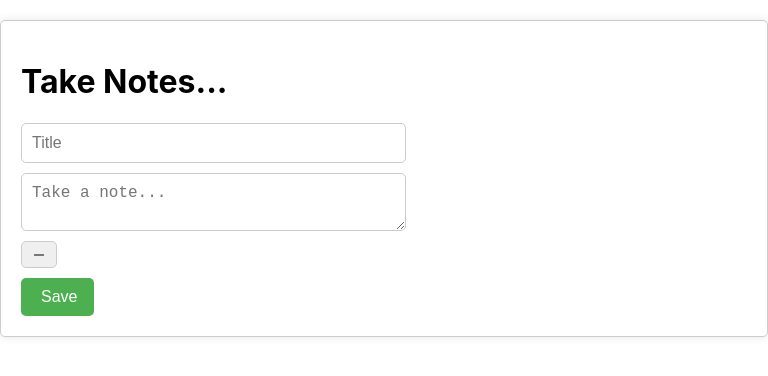
Repository: drumsmanku/google-keep-clone-1
Page: /
The author's editor kept a copy of each file at every save. The page is drawn from the files as they stood at one save, then again after the next save.
The browser window is 768 px wide. The pictures show the whole page.
The project was rebuilt for these pictures with package versions that can differ from the ones it lists, and the page was loaded fresh each time. Also part of the build but not shown: src/Components/Note.css, src/Components/Note.js.

Above is the page before, as saved 2023-12-23 10:57:19.

### src/App.js
import React, { useState, useEffect } from 'react';
import NoteList from './Components/NoteList';
import NoteForm from './Components/NoteForm';
import './App.css';

function App() {
  // Load notes from local storage or set to empty array
  const [notes, setNotes] = useState(
    JSON.parse(localStorage.getItem('notes')) || []
  );

  // This effect saves notes to local storage whenever notes state changes
  useEffect(() => {
    localStorage.setItem('notes', JSON.stringify(notes));
  }, [notes]);

  const createNote = (note) => {
    setNotes([note, ...notes]); // Prepend the new note to the beginning of the list
  };

  const editNote = (id, updatedNote) => {
    setNotes(notes.map(note => note.id === id ? updatedNote : note));
  };

  const deleteNote = (id) => {
    setNotes(notes.filter(note => note.id !== id)); // Remove note by id
  };

  return (
    <div className="app">
      <h1>Take Notes...</h1>
      <NoteForm onCreate={createNote} />
      <NoteList notes={notes} onDelete={deleteNote} onEdit={editNote} />
    </div>
  );
}

export default App;

### src/Components/NoteList.js
// NoteList does not need to change much, but it will pass the delete and edit functions down to Notes.
import React from 'react';
import Note from './Note';
import './NoteList.css';

function NoteList({ notes, onDelete, onEdit }) {
  return (
    <div className="note-list">
      {notes.map((note) => (
        <Note
          key={note.id}
          note={note}
          onDelete={onDelete}
          onEdit={onEdit}
        />
      ))}
    </div>
  );
}

export default NoteList;

### src/Components/NoteForm.js
// NoteForm will handle the creation of new notes.
import React, { useState } from 'react';
import './NoteForm.css'

function NoteForm({ onCreate }) {
  const [newNote, setNewNote] = useState({
    title: '',
    content: '',
    color: '#FFFFFF'
  });

  const handleSave = () => {
    if (newNote.title && newNote.content) {
      onCreate({ ...newNote, id: Date.now(), editTimestamp: Date.now() });
      setNewNote({ title: '', content: '', color: '#FFFFFF' }); // Reset the form
    }
  };

  const handleChange = (e) => {
    setNewNote({ ...newNote, [e.target.name]: e.target.value });
  };

  return (
    <div className="note-form">
      <input
        name="title"
        type="text"
        value={newNote.title}
        onChange={handleChange}
        placeholder="Title"
      />
      <textarea
        name="content"
        value={newNote.content}
        onChange={handleChange}
        placeholder="Take a note..."
      />
      <input
        name="color"
        type="color"
        value={newNote.color}
        onChange={handleChange}
      />
      <button onClick={handleSave}>Save</button>
    </div>
  );
}

export default NoteForm;

### src/App.css
.app {
  max-width: 800px;
  margin: 20px auto;
  padding: 20px;
  border: 1px solid #ccc;
  border-radius: 5px;
  background-color: #fff;
  box-shadow: 0 0 10px rgba(0, 0, 0, 0.1);
}

### src/Components/NoteList.css
.note-list {
  display: grid;
  grid-template-columns: repeat(auto-fill, minmax(250px, 1fr));
  gap: 20px;
}

### src/Components/NoteForm.css
.note-form {
  margin-top: 20px;
  display: flex;
  flex-direction: column;
}

.note-form input,
.note-form textarea {
  width: 50%;
  padding: 10px;
  margin-bottom: 10px;
  font-size: 16px;
  border: 1px solid #ccc;
  border-radius: 5px;
}

.note-form input[type='color']{
  width: 5%;
  padding: 10px;
  margin-bottom: 10px;
  font-size: 16px;
  border: 1px solid #ccc;
  border-radius: 5px;
  margin-right: 1rem;
}

.note-form button {
  width: 10%;
  padding: 10px 20px;
  font-size: 16px;
  border: none;
  border-radius: 5px;
  background-color: #4CAF50;
  color: white;
  cursor: pointer;
  transition: background-color 0.3s;
}

.note-form button:hover {
  background-color: #45a049;
}

Loaded but not shown: public/index.html (common file); src/index.js (common file); src/index.css (common file)

After the next save:
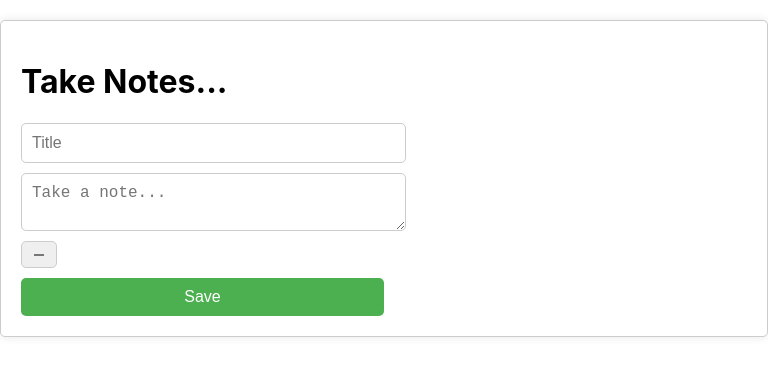
Saved 11 min 20 s later.
--- a/src/Components/NoteForm.css
+++ b/src/Components/NoteForm.css
@@ -39,3 +39,9 @@
 .note-form button:hover {
   background-color: #45a049;
 }
+
+@media (max-width: 768px) {
+  .note-form button{
+    width: 50%;
+  }
+}
